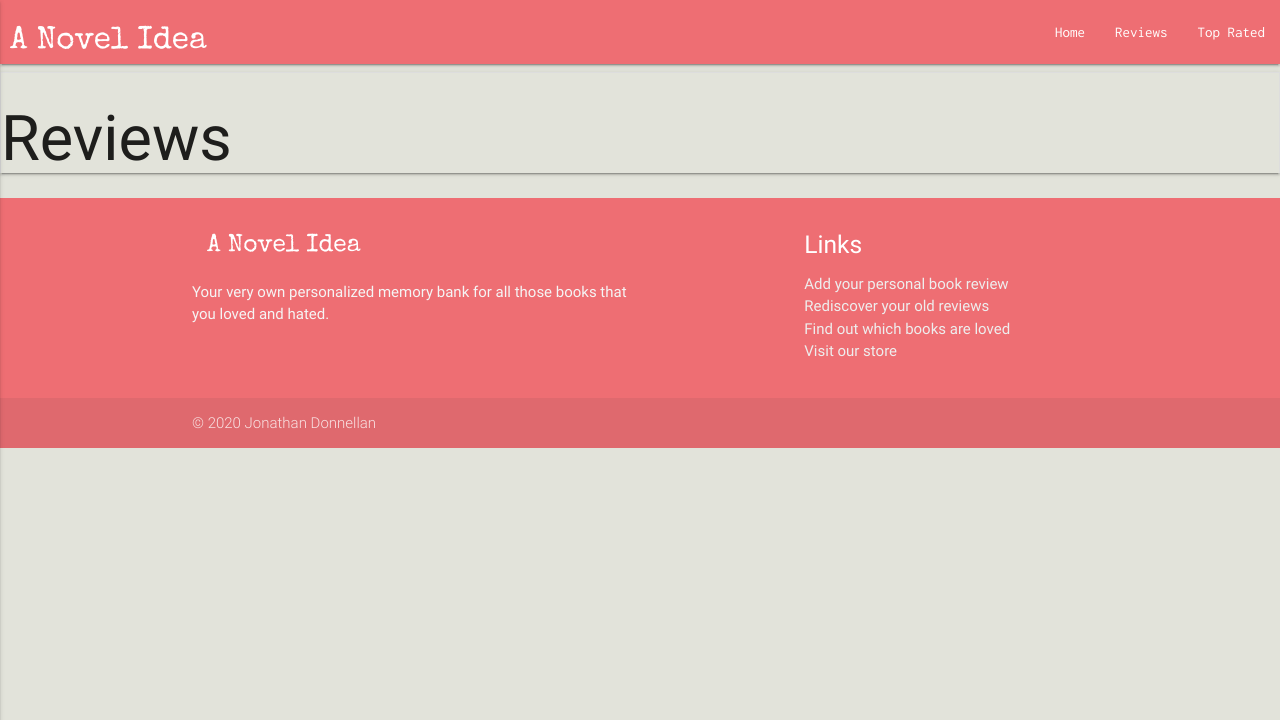
Repository: johnny-don/a-novel-idea
Page: http://localhost/
The author's editor kept a record of every edit. The page is drawn from the files as they stood at one moment, then again after the next edit.
The browser window is 1280 px wide. The pictures show the whole page.
Some web libraries are served in a nearby version. The page is served by the project's application, run on Flask 3 (app.py). Queries for data that is not in the repository find no rows.

Above is the page before.

### templates/reviews.html
{% extends 'base.html' %} {% block content %}

<ul class="collapsible" data-collapsible="accordian">
    <h1>Reviews</h1>
    {% for review in reviews %}
    <li>
        <div class="collapsible-header">

            <div class="col s9">
                <i class="material-icons">expand_more</i>
                <i class="material-icons prefix">title</i>{{review.title.upper()}} - <i class="material-icons prefix">perm_identity</i>
                <strong>  {{review.author}}</strong> -
                <i class="material-icons prefix">event_seat</i> {{review.genre}} -
                <i class="material-icons prefix">grade</i> {{review.rating}}
                </div>
                <div class="col s3">
                <a href "{{url_for('edit_review', review_id=review._id)}}" class="waves-effect waves-light btn">Edit</a>
                <a href "{{url_for('delete_review', review_id=review._id)}}" class="waves-effect waves-light btn">Delete</a>
            </div>
            </div>

        <div class="collapsible-body">
            <span>{{review.review}}</span>
        </div>

    </li>

    {% endfor %}
</ul>

{% endblock %}

### templates/base.html
<!DOCTYPE html>
<html lang="en">

<head>
    <meta charset="UTF-8">
    <meta name="viewport" content="width=device-width, initial-scale=1.0">
    <meta http-equiv="X-UA-Compatible" content="ie=edge">
    <link rel="stylesheet" href="{{url_for('static', filename='css/style.css')}}" type="text/css"/>
    <link href="https://fonts.googleapis.com/icon?family=Material+Icons" rel="stylesheet">
    <link rel="stylesheet" href="https://cdnjs.cloudflare.com/ajax/libs/materialize/0.100.2/css/materialize.min.css">
    <link href="https://fonts.googleapis.com/css?family=Special+Elite&display=swap" rel="stylesheet">


    <title>A Novel Idea</title>
</head>

<body>
      <header>
        <nav>
            <div class="nav-wrapper">
                <a href="{{url_for('add_review')}}" class=" brand brand-logo">A Novel Idea</a>
                <a href="#" data-activates="mobile-demo" class="button-collapse"><i class="material-icons">menu</i></a>
                <ul id="nav-mobile" class="right hide-on-med-and-down">
                    <li><a href="{{url_for('add_review')}}" class="text-font">Home</a></li>
                    <li><a href="{{url_for('get_reviews')}}" class="text-font">Reviews</a></li>
                    <li><a href="{{url_for('top_rated')}}" class="text-font">Top Rated</a></li>
                </ul>
                <ul class="side-nav" id="mobile-demo">
                     <li><a href="{{url_for('add_review')}}" class="text-font">Home</a></li>
                    <li><a href="{{url_for('get_reviews')}}" class="text-font">Reviews</a></li>
                    <li><a href="{{url_for('top_rated')}}" class="text-font">Top Rated</a></li>
                </ul>
            </div>
        </nav>
    </header>

    {% block content %}
    {% endblock %}


    <footer class="page-footer">
          <div class="container">
            <div class="row">
              <div class="col l6 s12">
                <h5 class="white-text brand">A Novel Idea</h5>
                <p class="grey-text text-lighten-4">Your very own personalized memory bank for all those books that you loved and hated. </p>
              </div>
              <div class="col l4 offset-l2 s12">
                <h5 class="white-text">Links</h5>
                <ul>

                  <li><a class="grey-text text-lighten-3" href="{{url_for('add_review')}}">Add your personal book review</a></li>
                  <li><a class="grey-text text-lighten-3" href="{{url_for('get_reviews')}}">Rediscover your old reviews</a></li>
                  <li><a class="grey-text text-lighten-3" href="{{url_for('top_rated')}}">Find out which books are loved</a></li>
                  <li><a class="grey-text text-lighten-3" href="https://last-bookshop.business.site/">Visit our store</a></li>

                </ul>
              </div>
            </div>
          </div>
          <div class="footer-copyright">
            <div class="container">
            © 2020 Jonathan Donnellan

            </div>
          </div>
        </footer>








    <script src="https://cdnjs.cloudflare.com/ajax/libs/jquery/3.2.1/jquery.min.js"></script>
    <script src="https://cdnjs.cloudflare.com/ajax/libs/materialize/0.100.2/js/materialize.min.js"></script>
    <script type="text/javascript">
        $(document).ready(function() {
            $('.collapsible').collapsible();
            $(".button-collapse").sideNav();
            $('.slider').slider();
        });
    </script>
</body>

</html>

### app.py
import os
from flask import Flask, render_template, redirect, request, url_for, request
from flask_pymongo import PyMongo
from bson.objectid import ObjectId


app = Flask(__name__)
app.config["MONGO_DBNAME"] = 'novel_idea'
app.config["MONGO_URI"] = 'mongodb+srv://johnny_don:2gardensmon@cluster0-kzp63.mongodb.net/novel_idea?retryWrites=true&w=majority'


mongo = PyMongo(app)


@app.route('/')


@app.route('/get_reviews')
def get_reviews():
    return render_template("reviews.html", reviews=mongo.db.info.find())

@app.route('/add_review')
def add_review():
    return render_template('addreview.html')

@app.route('/submit_review', methods=['POST'])
def submit_review():
    info = mongo.db.info
    info.insert_one(request.form.to_dict())
    return redirect(url_for('get_reviews'))

@app.route('/edit_review/<review_id>')
def edit_review(review_id):
    the_review = mongo.db.info.find_one({"_id": ObjectId(review_id)})
    return render_template('editreview.html', review=the_review)


@app.route('/update_review/<review_id>', methods=["POST"])
def update_review(review_id):
    reviews=mongo.db.info
    reviews.update( {'_id': ObjectId(review_id)},
    {
        'title':request.form.get('title'),
        'author':request.form.get('author'),
        'genre':request.form.get('genre'),
        'rating':int(request.form.get('rating')),
        'review':request.form.get('review')
    })

    return redirect(url_for('get_reviews'))

@app.route('/delete_review/<review_id>')
def delete_review(review_id):
    mongo.db.info.remove({'_id': ObjectId(review_id)})
    return redirect(url_for('get_reviews'))



@app.route('/top_rated')
def top_rated():
    return render_template("toprated.html", ratings=mongo.db.info.find().sort("rating", -1))





if __name__ == '__main__':
    app.run(host=os.environ.get('IP'),
            port=int(os.environ.get('PORT')),
            debug=True)

### static/css/style.css
@import url('https://fonts.googleapis.com/css?family=Special+Elite&display=swap');
@import url('https://fonts.googleapis.com/css?family=Inconsolata&display=swap');
@import url('https://fonts.googleapis.com/css?family=Inconsolata&display=swap');

/* buttons */

body {
        background-color: #e2e3da;
}


.btn-small {
    margin-left: 15px;
    margin-top: 10px;
    margin-bottom: 10px;
    margin-right: 10px;
    padding: 5px;
    background-color: #a86d32;
    color: white;
    font-family: 'Inconsolata', monospace;
}

/* fonts */

.brand {
   font-family: 'Special Elite', cursive;
   margin: 10px;
   padding: 5px;
}

.headline {
   font-family: 'Special Elite', cursive;
    font-weight: bold;
    color: #a86d32;
}


.text-font {
    font-family: 'Inconsolata', monospace;
}

/* navbar */

.brand {
   font-family: 'Special Elite', cursive;
   margin: 10px;
   padding: 5px;
}

.menu-link {
    font-size: larger;

}

.nav-foot {

    background-color: #a86d32;
}

/* footer */

.page-footer {
    padding-top: 20px;
    color: white;
    background-color: #a86d32;
}

/* icons */

.material-icons {
    margin: 10px;

}

/* image slider */

.slider-text {
    font-family: 'Inconsolata', monospace;
    color: #e2e3da;
    font-weight: bolder;

}

After the next edit:
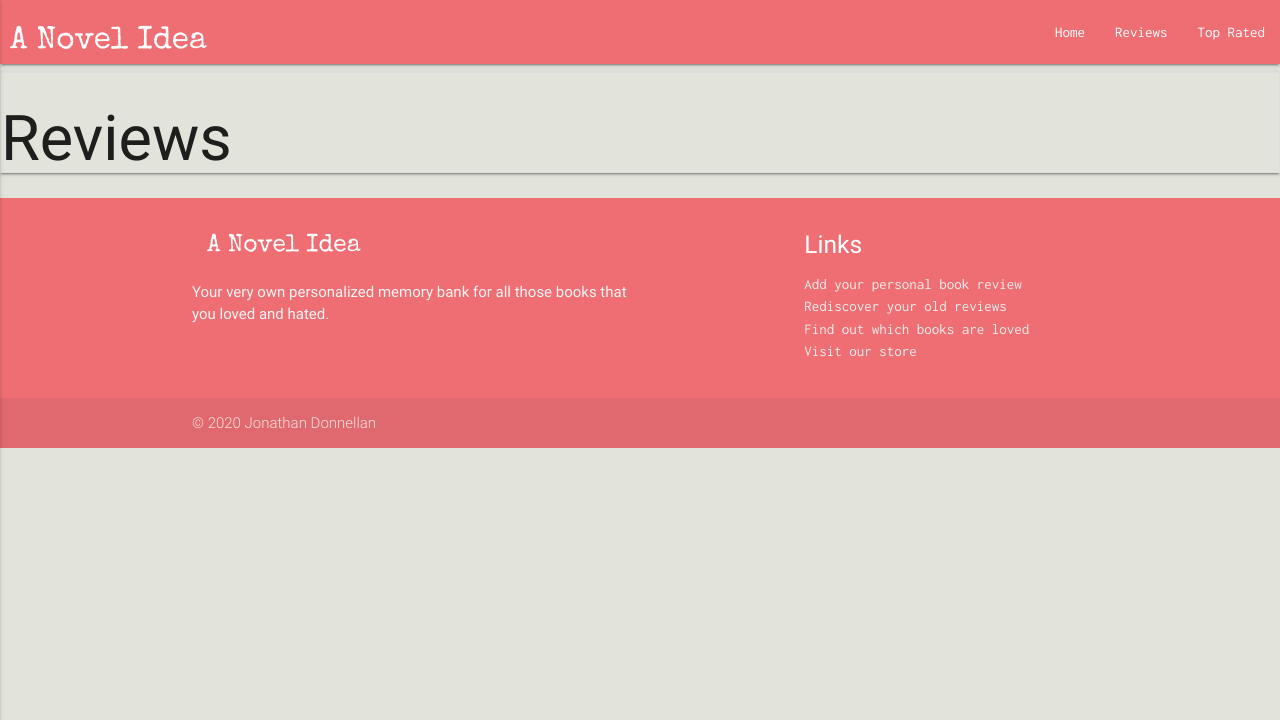
The edit:
--- a/templates/base.html
+++ b/templates/base.html
@@ -49,10 +49,10 @@
                 <h5 class="white-text">Links</h5>
                 <ul>
 
-                  <li><a class="grey-text text-lighten-3" href="{{url_for('add_review')}}">Add your personal book review</a></li>
-                  <li><a class="grey-text text-lighten-3" href="{{url_for('get_reviews')}}">Rediscover your old reviews</a></li>
-                  <li><a class="grey-text text-lighten-3" href="{{url_for('top_rated')}}">Find out which books are loved</a></li>
-                  <li><a class="grey-text text-lighten-3" href="https://last-bookshop.business.site/">Visit our store</a></li>
+                  <li><a class="grey-text text-lighten-3 text-font" href="{{url_for('add_review')}}">Add your personal book review</a></li>
+                  <li><a class="grey-text text-lighten-3 text-font" href="{{url_for('get_reviews')}}">Rediscover your old reviews</a></li>
+                  <li><a class="grey-text text-lighten-3 text-font" href="{{url_for('top_rated')}}">Find out which books are loved</a></li>
+                  <li><a class="grey-text text-lighten-3 text-font" href="https://last-bookshop.business.site/">Visit our store</a></li>
 
                 </ul>
               </div>
